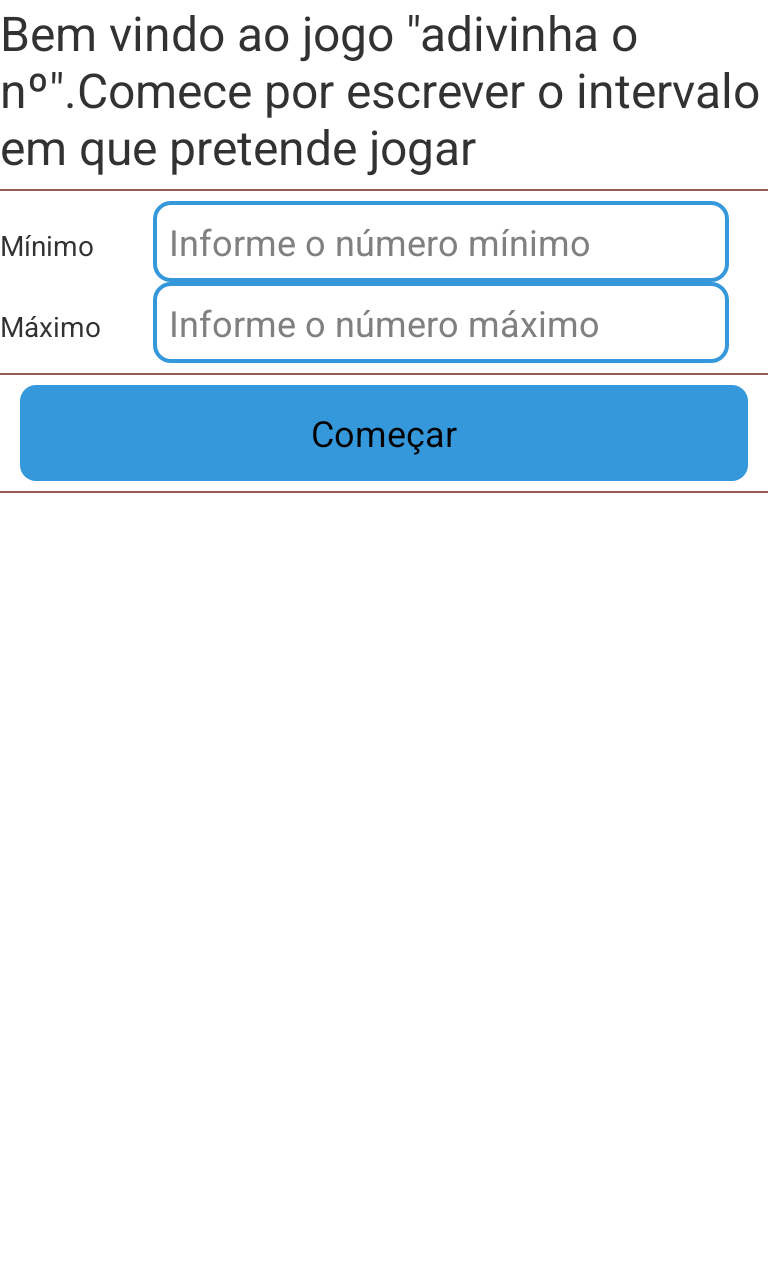
Repository: gokugohan/ddm
Layout: JogoDeAdivinha/res/layout/activity_inicial.xml
These files come from the project's save history. The layout is drawn as it stood at one moment and after the next save; the edit follows.
It is drawn on a 768 x 1280 px phone screen (xhdpi) without system bars, with theme AppTheme; the app's code is not run.

Above is the layout before, as saved 2014-11-07 11:49:09.

After the next save:
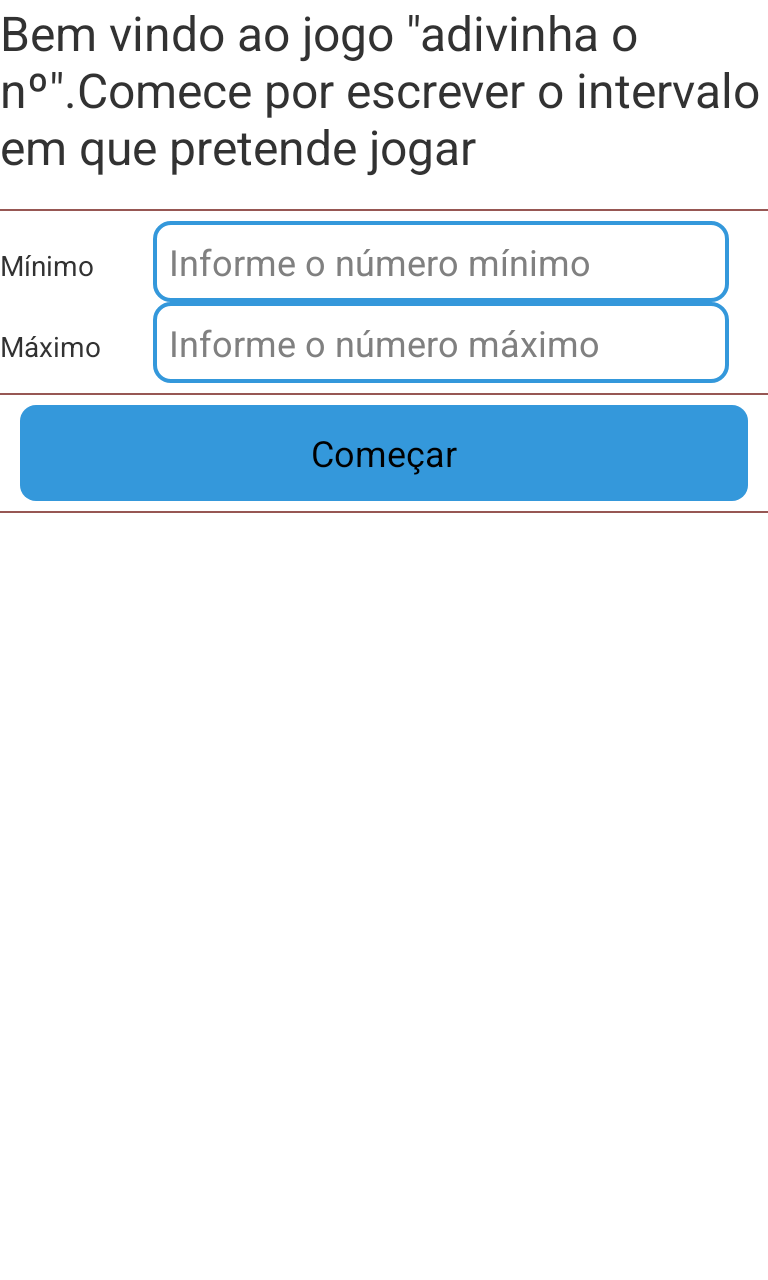
Saved 13 s later.
--- a/JogoDeAdivinha/res/layout/activity_inicial.xml
+++ b/JogoDeAdivinha/res/layout/activity_inicial.xml
@@ -14,7 +14,7 @@
         />
 
      <View android:layout_width="match_parent"
-       android:layout_marginTop="5dp"
+       android:layout_marginTop="15dp"
        android:layout_marginBottom="5dp"
        android:layout_height="1dp"
        android:background="#ff975754"/>
